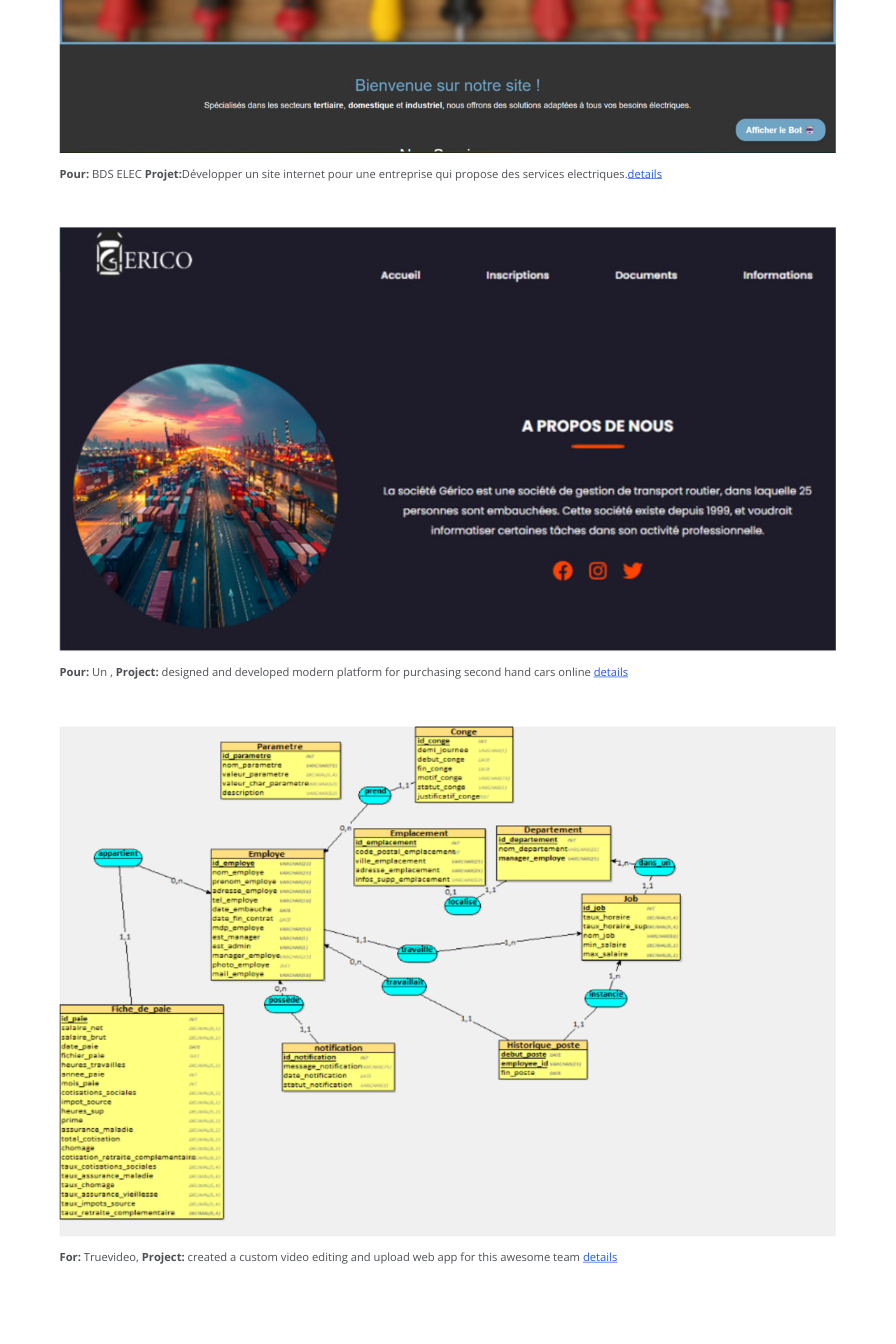
Repository: J2S80000/Portfolio
Page: index.html
The author's editor kept a copy of each file at every save. The page is drawn from the files as they stood at one save, then again after the next save.
The browser window is 1280 px wide. The pictures show the part of the page from y = 3722 to 5642 px (the page is 7451 px tall), at 70% of full size.

Above is the page before, as saved 2025-05-05 17:36:56.

After the next save:
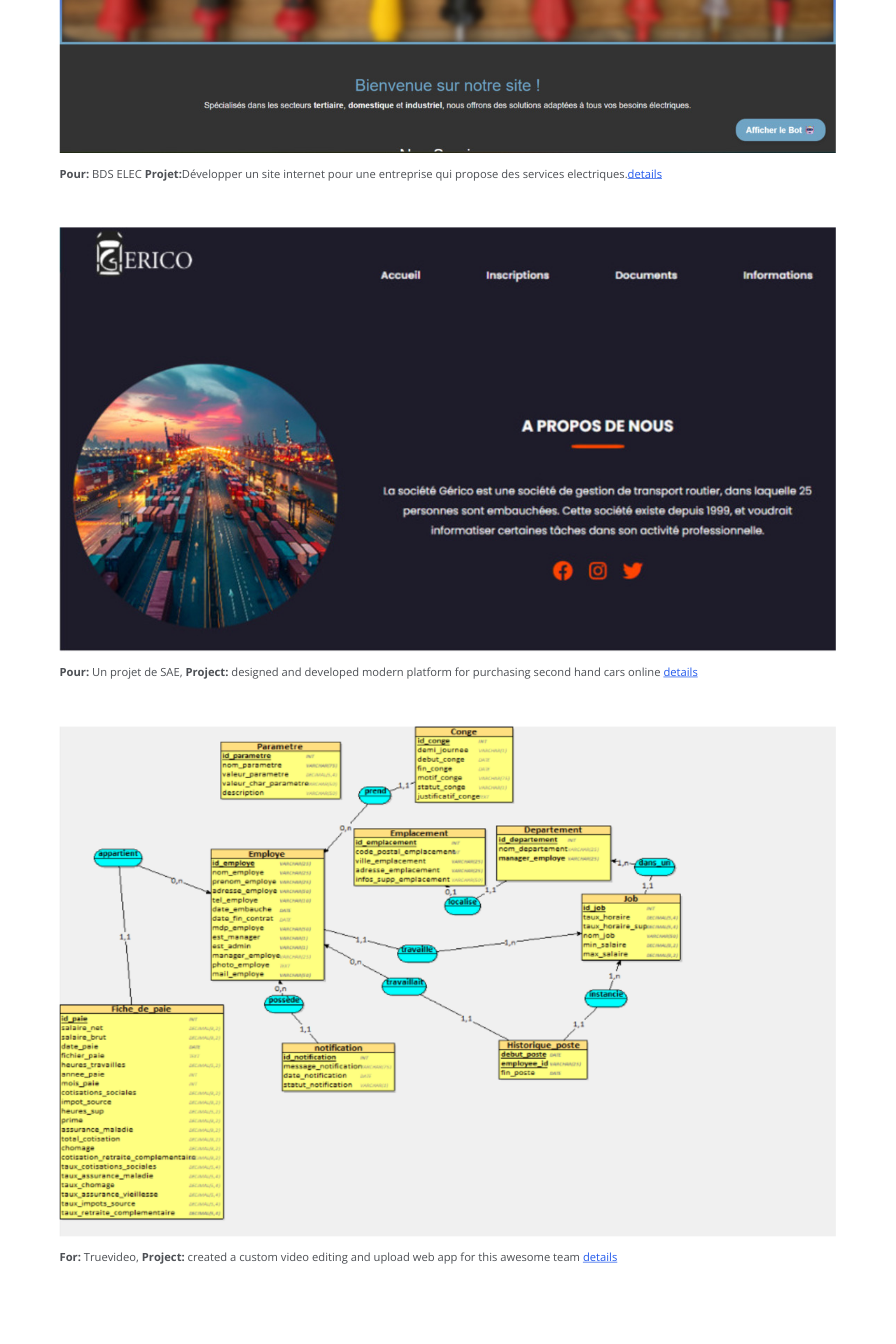
Saved 6 s later.
--- a/index.html
+++ b/index.html
@@ -244,7 +244,7 @@
                                 <img class="img-fluid" src="images/project-2.1.jpg" alt="alternative">
                             </a>
                         </div> <!-- end of image-container -->
-                        <p><strong>Pour:</strong> Un , <strong>Project:</strong> designed and developed modern platform for purchasing second hand cars online <a class="blue" href="project.html">details</a></p>
+                        <p><strong>Pour:</strong> Un projet de SAE, <strong>Project:</strong> designed and developed modern platform for purchasing second hand cars online <a class="blue" href="project.html">details</a></p>
                     </div> <!-- end of text-container -->
                     <div class="text-container">
                         <div class="image-container">
